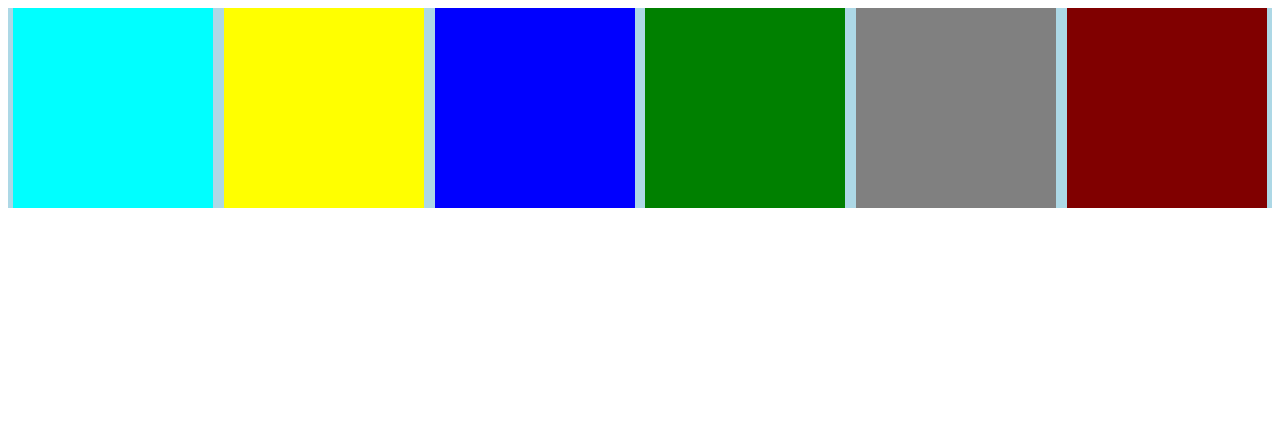
Repository: Sayan-100/Javascript
Page: PR4/index.html
These files come from the project's save history. The page is drawn as it stood at one moment and after the next save; the edit follows.
The browser window is 1280 px wide. The pictures show the whole page.

Above is the page before, as saved 2022-01-10 12:27:32.

After the next save:
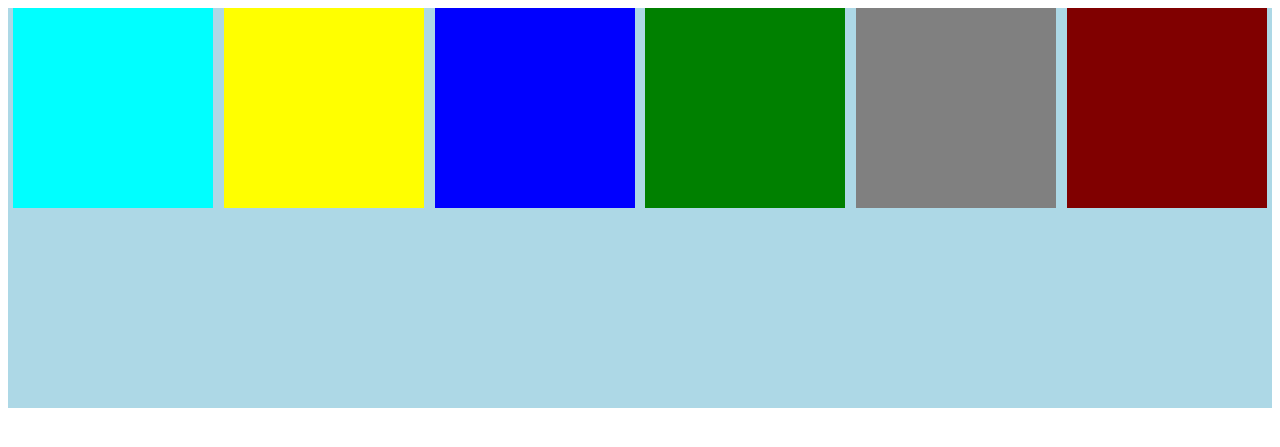
Saved 3 min 38 s later.
--- a/PR4/style.css
+++ b/PR4/style.css
@@ -29,7 +29,7 @@
 
 #container {
     display: flex;
-    height: 100%;
+    height: 400px;
     width: 100%;
     justify-content: space-around;
     background-color: lightblue;
